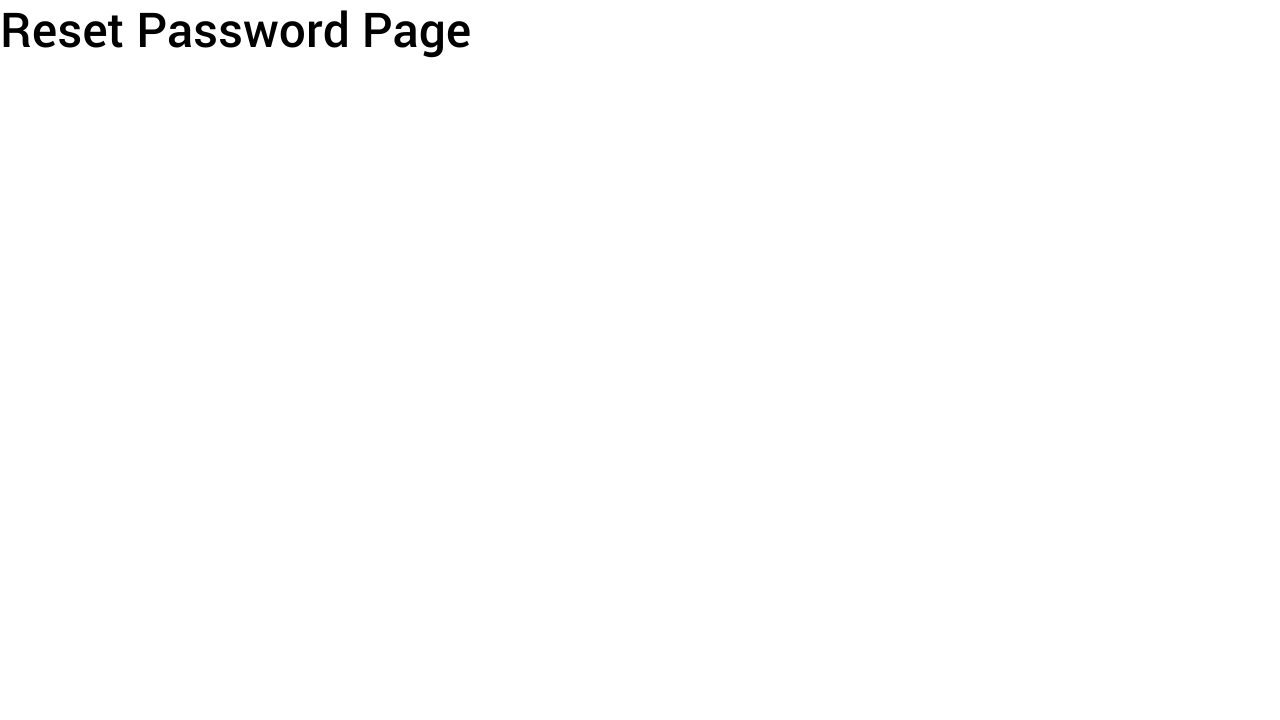
Repository: ahmedpeter/tavern
Page: /reset-password
An editor plug-in stored every save of this project. The page is shown before and after the next save, followed by the edit.
The browser window is 1280 px wide. The pictures show the whole page.
The project was rebuilt for these pictures with package versions that can differ from the ones it lists, and the page was loaded fresh each time. Also part of the build but not shown: src/components/auth/register.jsx, src/components/auth/login.jsx, src/assets/css/jquery-ui.min.css.

Above is the page before, as saved 2024-05-23 01:13:56.

### src/index.js
import React from "react";
import ReactDOM from "react-dom/client";
import "./index.css";
import App from "./App";
import reportWebVitals from "./reportWebVitals";
import "./assets/css/bootstrap.min.css";
// import "../vendors/iconic-fonts/font-awesome/css/all.min.css";
import "./assets/css/jquery-ui.min.css";
import "./assets/css/style.css";
// import "https://fonts.googleapis.com/icon?family=Material+Icons";
// import "../vendors/iconic-fonts/flat-icons/flaticon.css";

const root = ReactDOM.createRoot(document.getElementById("root"));
root.render(
  <React.StrictMode>
    <App />
  </React.StrictMode>
);

// If you want to start measuring performance in your app, pass a function
// to log results (for example: reportWebVitals(console.log))
// or send to an analytics endpoint. Learn more: https://bit.ly/CRA-vitals
reportWebVitals();

### src/App.js
import React from "react";
import { BrowserRouter as Router, Routes, Route } from "react-router-dom";
import ResetPassword from "./components/auth/resetpassword";
import Register from "./components/auth/register";
import Login from "./components/auth/login";
import "./App.css";

export default function App() {
  return (
    <Router>
      <div>
        <Routes>
          <Route path="/" element={<Login />} />
          <Route path="/login" element={<Login />} />
          <Route path="/reset-password" element={<ResetPassword />} />
          <Route path="/register" element={<Register />} />
        </Routes>
      </div>
    </Router>
  );
}

### src/components/auth/resetpassword.jsx
import React from "react";

const ResetPassword = () => {
  return (
    <div>
      <h2>Reset Password Page</h2>
      <form>{/* Reset Password form fields */}</form>
    </div>
  );
};

export default ResetPassword;

### src/App.css
@import url('https://fonts.googleapis.com/css?family=Roboto:300,400,500,700&display=swap');
@import url('https://fonts.googleapis.com/icon?family=Material+Icons');

.App {
  text-align: center;
}

.App-logo {
  height: 40vmin;
  pointer-events: none;
}

@media (prefers-reduced-motion: no-preference) {
  .App-logo {
    animation: App-logo-spin infinite 20s linear;
  }
}

.App-header {
  background-color: #282c34;
  min-height: 100vh;
  display: flex;
  flex-direction: column;
  align-items: center;
  justify-content: center;
  font-size: calc(10px + 2vmin);
  color: white;
}

.App-link {
  color: #61dafb;
}

@keyframes App-logo-spin {
  from {
    transform: rotate(0deg);
  }
  to {
    transform: rotate(360deg);
  }
}

Loaded but not shown: public/index.html (common file); src/index.css (common file); src/reportWebVitals.js (common file); src/assets/css/bootstrap.min.css (library); src/assets/css/style.css (library)

After the next save:
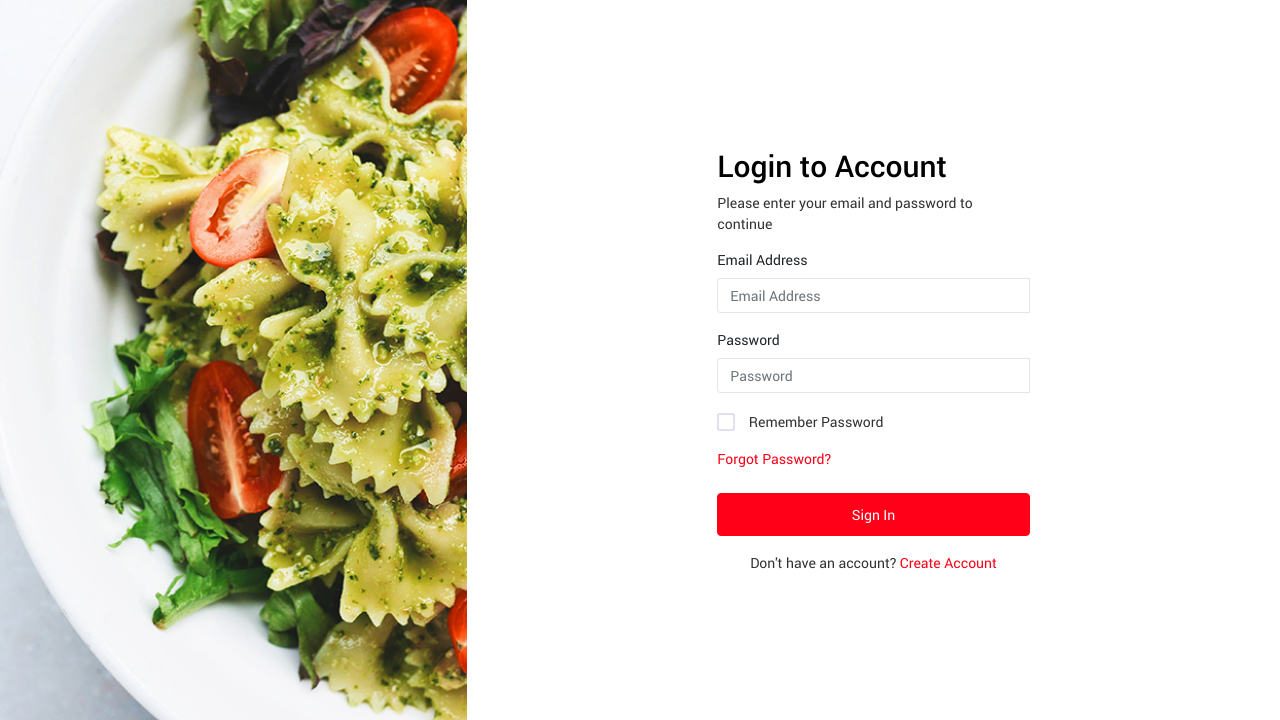
Saved 8 s later.
--- a/src/components/auth/resetpassword.jsx
+++ b/src/components/auth/resetpassword.jsx
@@ -2,9 +2,73 @@ import React from "react";
 
 const ResetPassword = () => {
   return (
-    <div>
-      <h2>Reset Password Page</h2>
-      <form>{/* Reset Password form fields */}</form>
+    <div class="ms-content-wrapper ms-auth">
+      <div class="ms-auth-container">
+        <div class="ms-auth-col">
+          <div class="ms-auth-bg"></div>
+        </div>
+        <div class="ms-auth-col">
+          <div class="ms-auth-form">
+            <form class="needs-validation" novalidate="">
+              <h3>Login to Account</h3>
+              <p>Please enter your email and password to continue</p>
+              <div class="mb-3">
+                <label for="validationCustom08">Email Address</label>
+                <div class="input-group">
+                  <input
+                    type="email"
+                    class="form-control"
+                    id="validationCustom08"
+                    placeholder="Email Address"
+                    required=""
+                  />
+                  <div class="invalid-feedback">
+                    Please provide a valid email.
+                  </div>
+                </div>
+              </div>
+              <div class="mb-2">
+                <label for="validationCustom09">Password</label>
+                <div class="input-group">
+                  <input
+                    type="password"
+                    class="form-control"
+                    id="validationCustom09"
+                    placeholder="Password"
+                    required=""
+                  />
+                  <div class="invalid-feedback">Please provide a password.</div>
+                </div>
+              </div>
+              <div class="form-group">
+                <label class="ms-checkbox-wrap">
+                  <input class="form-check-input" type="checkbox" value="" />{" "}
+                  <i class="ms-checkbox-check"></i>
+                </label>{" "}
+                <span> Remember Password </span>
+                <label class="d-block mt-3">
+                  <a
+                    href="default-login.html#"
+                    class="btn-link"
+                    data-toggle="modal"
+                    data-target="#modal-12">
+                    Forgot Password?
+                  </a>
+                </label>
+              </div>
+              <button class="btn btn-primary mt-4 d-block w-100" type="submit">
+                Sign In
+              </button>
+              <p class="mb-0 mt-3 text-center">
+                Don't have an account?{" "}
+                <a class="btn-link" href="default-register.html">
+                  Create Account
+                </a>
+              </p>
+            </form>
+          </div>
+        </div>
+      </div>
     </div>
   );
 };
